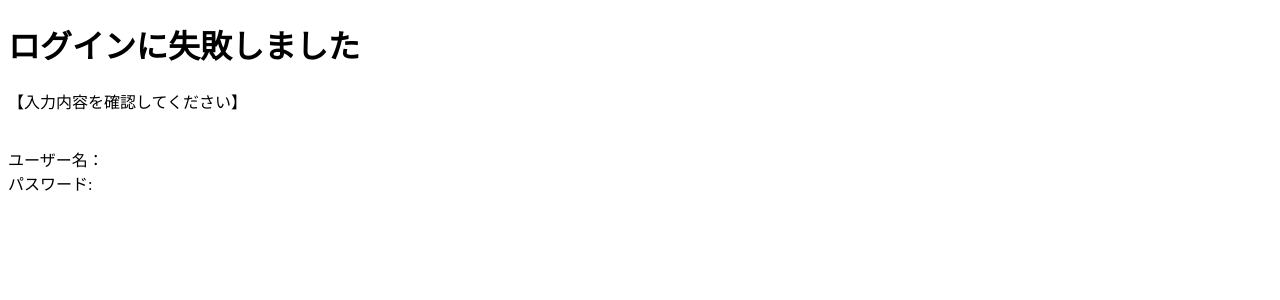
Repository: my720/test
Page: http://localhost/login2/loginError.jsp
An editor plug-in stored every save of this project. The page is shown before and after the next save, followed by the edit.
The browser window is 1280 px wide. The pictures show the whole page.
The page is served by Tomcat 9.

Above is the page before, as saved 2019-04-22 05:31:35.

After the next save:
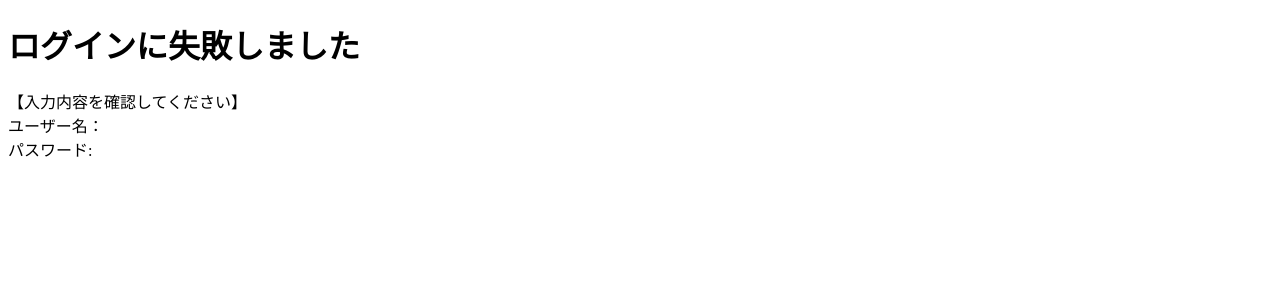
Saved 2 min 2 s later.
--- a/Java/login2/WebContent/loginError.jsp
+++ b/Java/login2/WebContent/loginError.jsp
@@ -9,7 +9,7 @@
 </head>
 <body>
  <h1>ログインに失敗しました</h1>
- <p>【入力内容を確認してください】</p>
+ 【入力内容を確認してください】
  <br>
  ユーザー名：<s:property value="name"/>
  <br>
